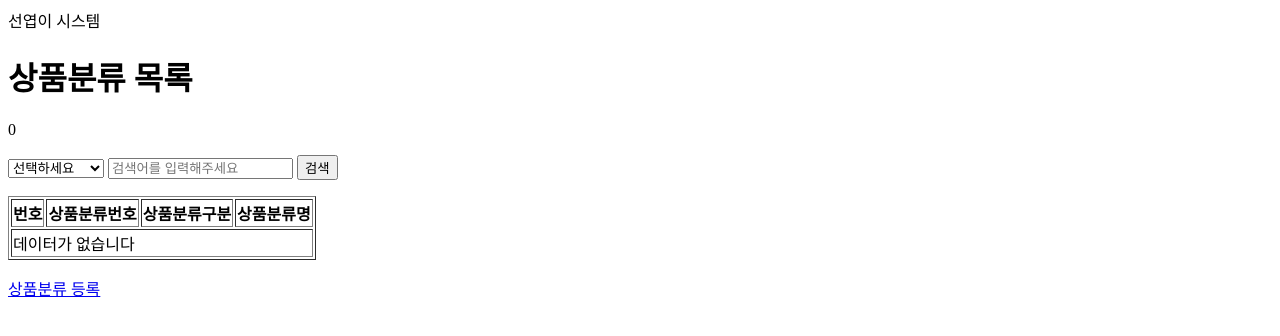
Repository: seonyeob94/BasicSpring2
Page: http://localhost/demo/WEB-INF/views/lprod/list.jsp
These files come from the project's save history. The page is drawn as it stood at one moment and after the next save; the edit follows.
The browser window is 1280 px wide. The pictures show the whole page.
The page is served by Tomcat 9. Nobody is signed in. The template is opened directly, without the code that normally fills it, so the values that code supplies are empty.

Above is the page before, as saved 2025-06-04 07:30:08.

After the next save:
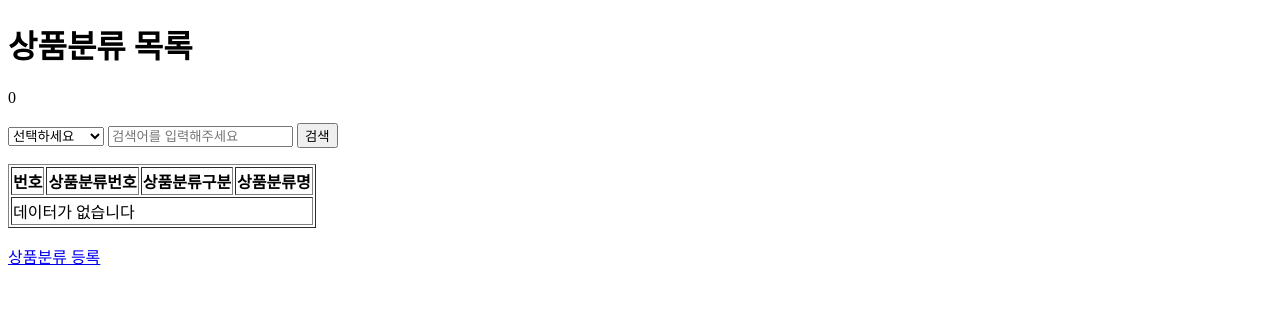
Saved 8 min 28 s later.
--- a/demo/src/main/webapp/WEB-INF/views/lprod/list.jsp
+++ b/demo/src/main/webapp/WEB-INF/views/lprod/list.jsp
@@ -6,7 +6,8 @@
 <!DOCTYPE html>
 <html>
 <head>
-<lprodGu>선엽이 시스템</lprodGu>
+<title>선엽이 시스템</title>
+<link rel="stylesheet">
 </head>
 <body>
 	<h1>상품분류 목록</h1>
